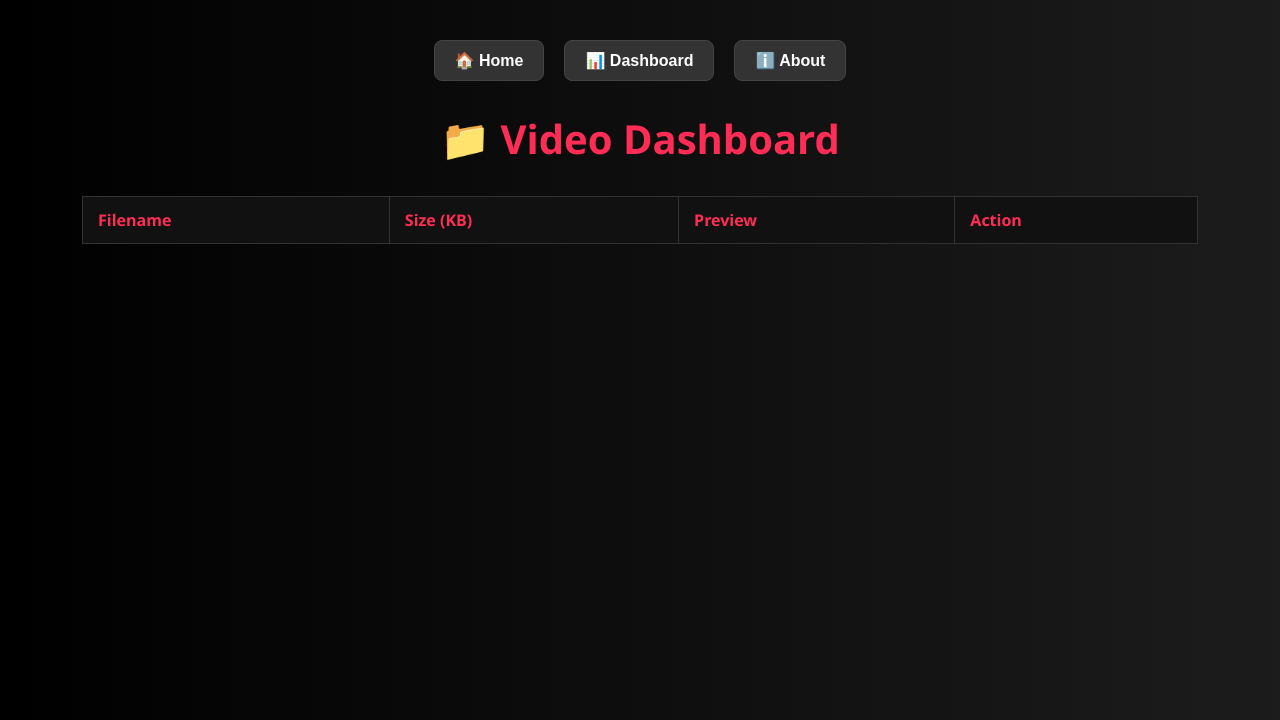
Repository: jhanzaib7510/NewFullTikTok
Page: frontend/dashboard.html
The author's editor kept a copy of each file at every save. The page is drawn from the files as they stood at one save, then again after the next save.
The browser window is 1280 px wide. The pictures show the whole page.

Above is the page before, as saved 2025-08-11 00:49:56.
Console error: SyntaxError: Invalid or unexpected token

### frontend/dashboard.html
<!DOCTYPE html>
<html lang="en">
<head>
  <meta charset="UTF-8" />
  <meta name="viewport" content="width=device-width, initial-scale=1.0"/>
  <title>Dashboard - TikTok Clone</title>
  <link rel="stylesheet" href="styles.css" />
  <style>
    table {
      width: 90%;
      margin: 0 auto;
      border-collapse: collapse;
      background-color: #222;
      color: #fff;
      margin-top: 30px;
    }

    th, td {
      padding: 12px 15px;
      border: 1px solid #333;
      text-align: left;
    }

    th {
      background-color: #111;
      color: #ff2d55;
    }

    tr:hover {
      background-color: #333;
    }

    .delete-btn {
      background: red;
      border: none;
      padding: 5px 10px;
      color: white;
      cursor: pointer;
      border-radius: 5px;
    }
  </style>
</head>
<body>
  <div class="menu">
    <button onclick="location.href='index.html'">🏠 Home</button>
    <button onclick="location.href='dashboard.html'">📊 Dashboard</button>
    <button onclick="alert('Admin Dashboard for TikTok Clone App')">ℹ️ About</button>
  </div>

  <h1>📁 Video Dashboard</h1>

  <table id="videoTable">
    <thead>
      <tr>
        <th>Filename</th>
        <th>Size (KB)</th>
        <th>Preview</th>
        <th>Action</th>
      </tr>
    </thead>
    <tbody></tbody>
  </table>

  <script>
    const API_BASE = 'http://127.0.0.1:5000';

    async function loadDashboard() {
      const res = await fetch(`${API_BASE}/videos`);
      const files = await res.json();

      const tableBody = document.querySelector('#videoTable tbody');
      tableBody.innerHTML = '';

      for (const file of files) {
        const res = await fetch(`${API_BASE}/video-info/${file}`);
        const data = await res.json();

        const tr = document.createElement('tr');
        tr.innerHTML = \`
          <td>\${data.name}</td>
          <td>\${data.size}</td>
          <td><video src="\${API_BASE}/uploads/\${data.name}" width="100" controls></video></td>
          <td><button class="delete-btn" onclick="deleteVideo('\${data.name}')">Delete</button></td>
        \`;
        tableBody.appendChild(tr);
      }
    }

    async function deleteVideo(filename) {
      if (!confirm(\`Are you sure you want to delete "\${filename}"?\`)) return;

      await fetch(`${API_BASE}/delete-video/${filename}`, { method: 'DELETE' });
      loadDashboard();
    }

    loadDashboard();
  </script>
</body>
</html>

### frontend/styles.css
* {
  margin: 0;
  padding: 0;
  box-sizing: border-box;
}

body {
  font-family: 'Segoe UI', sans-serif;
  background: linear-gradient(to right, #000000, #1c1c1c);
  color: white;
  text-align: center;
  padding: 40px 20px;
}

h1 {
  font-size: 2.5rem;
  margin-bottom: 30px;
  color: #ff2d55;
}

.menu {
  display: flex;
  justify-content: center;
  gap: 20px;
  margin-bottom: 30px;
  flex-wrap: wrap;
}

.menu button {
  background-color: #333;
  color: white;
  border: 1px solid #444;
  padding: 10px 20px;
  border-radius: 8px;
  cursor: pointer;
  font-size: 16px;
  font-weight: bold;
  transition: 0.3s;
}

.menu button:hover {
  background-color: #ff2d55;
  color: #fff;
}

form#uploadForm {
  margin-bottom: 40px;
  background-color: #222;
  padding: 20px;
  border-radius: 10px;
  display: inline-block;
  box-shadow: 0 4px 10px rgba(0, 0, 0, 0.4);
}

input[type="file"] {
  padding: 10px;
  border-radius: 5px;
  background: #111;
  border: 1px solid #444;
  color: #fff;
  margin-right: 10px;
}

button {
  padding: 10px 20px;
  background-color: #ff2d55;
  border: none;
  border-radius: 5px;
  cursor: pointer;
  color: white;
  font-weight: bold;
}

button:hover {
  background-color: #ff1f45;
}

#videoFeed {
  display: flex;
  flex-wrap: wrap;
  justify-content: center;
  gap: 20px;
}

video {
  width: 300px;
  max-height: 500px;
  border-radius: 10px;
  box-shadow: 0 8px 20px rgba(0, 0, 0, 0.5);
  background: black;
}

@media (max-width: 600px) {
  video {
    width: 100%;
  }

  form#uploadForm {
    width: 100%;
  }
}

After the next save:
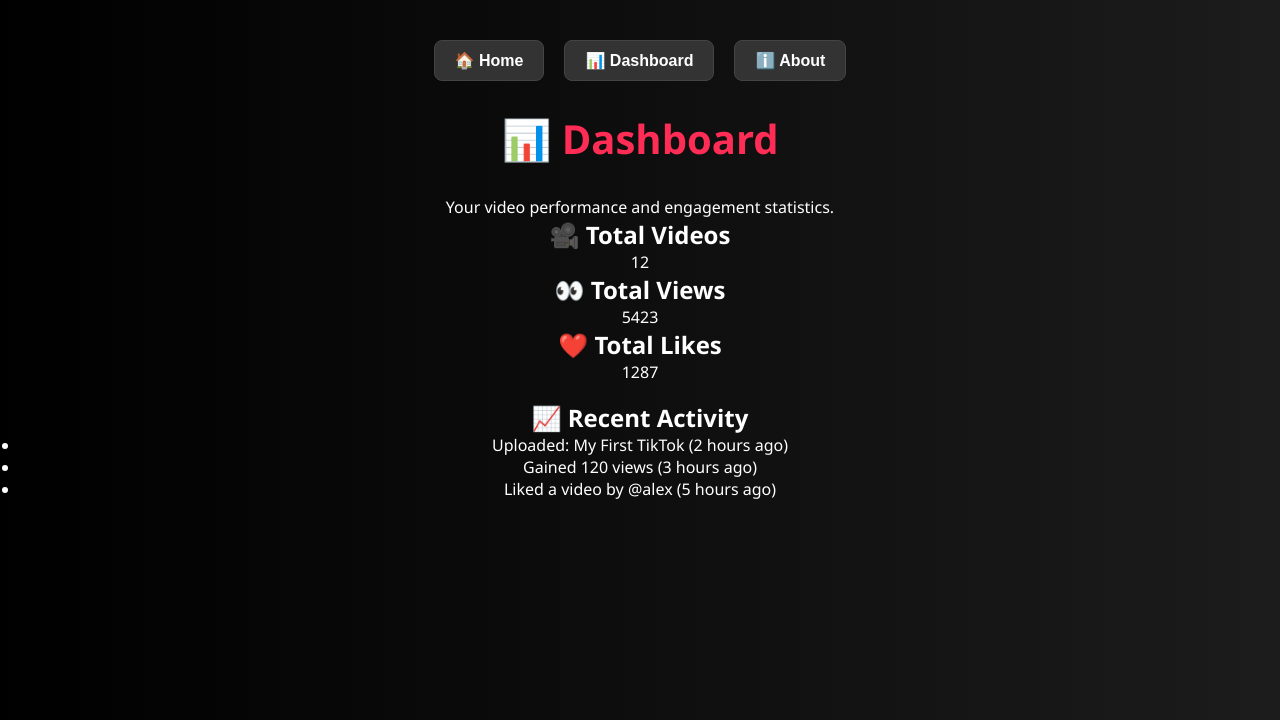
The error is gone.
Saved 13 min 56 s later.
--- a/frontend/dashboard.html
+++ b/frontend/dashboard.html
@@ -1,99 +1,55 @@
-<!DOCTYPE html>
+<!doctype html>
 <html lang="en">
 <head>
-  <meta charset="UTF-8" />
-  <meta name="viewport" content="width=device-width, initial-scale=1.0"/>
-  <title>Dashboard - TikTok Clone</title>
+  <meta charset="utf-8" />
+  <meta name="viewport" content="width=device-width,initial-scale=1" />
+  <title>FTikTok — Dashboard</title>
+  <link href="https://fonts.googleapis.com/css2?family=Poppins:wght@400;600;700&display=swap" rel="stylesheet">
   <link rel="stylesheet" href="styles.css" />
-  <style>
-    table {
-      width: 90%;
-      margin: 0 auto;
-      border-collapse: collapse;
-      background-color: #222;
-      color: #fff;
-      margin-top: 30px;
-    }
-
-    th, td {
-      padding: 12px 15px;
-      border: 1px solid #333;
-      text-align: left;
-    }
-
-    th {
-      background-color: #111;
-      color: #ff2d55;
-    }
-
-    tr:hover {
-      background-color: #333;
-    }
-
-    .delete-btn {
-      background: red;
-      border: none;
-      padding: 5px 10px;
-      color: white;
-      cursor: pointer;
-      border-radius: 5px;
-    }
-  </style>
 </head>
 <body>
-  <div class="menu">
-    <button onclick="location.href='index.html'">🏠 Home</button>
-    <button onclick="location.href='dashboard.html'">📊 Dashboard</button>
-    <button onclick="alert('Admin Dashboard for TikTok Clone App')">ℹ️ About</button>
+  <div class="container">
+    <div class="menu">
+      <button onclick="location.href='index.html'">🏠 Home</button>
+      <button onclick="location.href='dashboard.html'">📊 Dashboard</button>
+      <!-- <button onclick="document.getElementById('videoInput').click()">⬆️ Upload</button> -->
+      <button onclick="alert('FTikTok App by Jhanzaib')">ℹ️ About</button>
+    </div>
+
+    <h1>📊 Dashboard</h1>
+    <p class="small">Your video performance and engagement statistics.</p>
+
+    <div class="stats">
+      <div class="stat-card">
+        <h2>🎥 Total Videos</h2>
+        <p id="totalVideos">0</p>
+      </div>
+      <div class="stat-card">
+        <h2>👀 Total Views</h2>
+        <p id="totalViews">0</p>
+      </div>
+      <div class="stat-card">
+        <h2>❤️ Total Likes</h2>
+        <p id="totalLikes">0</p>
+      </div>
+    </div>
+
+    <h2 style="margin-top:18px;">📈 Recent Activity</h2>
+    <ul id="activityLog" class="small"></ul>
   </div>
 
-  <h1>📁 Video Dashboard</h1>
+  <script>
+    // Example dummy data - replace with backend API calls
+    document.getElementById('totalVideos').textContent = 12;
+    document.getElementById('totalViews').textContent = 5423;
+    document.getElementById('totalLikes').textContent = 1287;
 
-  <table id="videoTable">
-    <thead>
-      <tr>
-        <th>Filename</th>
-        <th>Size (KB)</th>
-        <th>Preview</th>
-        <th>Action</th>
-      </tr>
-    </thead>
-    <tbody></tbody>
-  </table>
-
-  <script>
-    const API_BASE = 'http://127.0.0.1:5000';
-
-    async function loadDashboard() {
-      const res = await fetch(`${API_BASE}/videos`);
-      const files = await res.json();
-
-      const tableBody = document.querySelector('#videoTable tbody');
-      tableBody.innerHTML = '';
-
-      for (const file of files) {
-        const res = await fetch(`${API_BASE}/video-info/${file}`);
-        const data = await res.json();
-
-        const tr = document.createElement('tr');
-        tr.innerHTML = \`
-          <td>\${data.name}</td>
-          <td>\${data.size}</td>
-          <td><video src="\${API_BASE}/uploads/\${data.name}" width="100" controls></video></td>
-          <td><button class="delete-btn" onclick="deleteVideo('\${data.name}')">Delete</button></td>
-        \`;
-        tableBody.appendChild(tr);
-      }
-    }
-
-    async function deleteVideo(filename) {
-      if (!confirm(\`Are you sure you want to delete "\${filename}"?\`)) return;
-
-      await fetch(`${API_BASE}/delete-video/${filename}`, { method: 'DELETE' });
-      loadDashboard();
-    }
-
-    loadDashboard();
+    const log = [
+      "Uploaded: My First TikTok (2 hours ago)",
+      "Gained 120 views (3 hours ago)",
+      "Liked a video by @alex (5 hours ago)"
+    ];
+    document.getElementById('activityLog').innerHTML = log.map(item => `<li>${item}</li>`).join('');
   </script>
 </body>
 </html>
